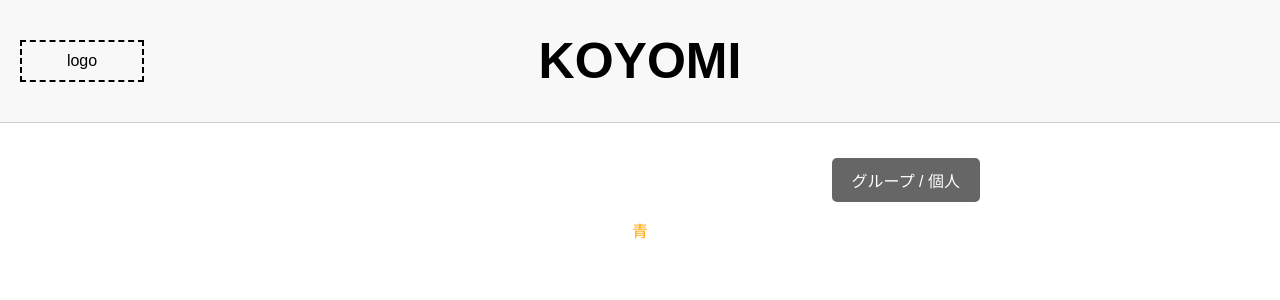
Repository: teramu0602/koyomi
Page: http://localhost/grouplist
The author's editor kept a copy of each file at every save. The page is drawn from the files as they stood at one save, then again after the next save.
The browser window is 1280 px wide. The pictures show the whole page.
Some web fonts or font styles are not loaded; a fallback is used. The page is served by the project's Laravel application, run on PHP 8.4 with Laravel 9. Other server files are loaded and not shown. Style sheets and scripts are compiled from the project's sources, by tool versions that may differ from the author's.

Above is the page before, as saved 2025-02-22 10:02:46.

### routes/web.php
<?php

use Illuminate\Support\Facades\Route;
use App\Http\Controllers\CalendarController;
use App\Http\Controllers\PostController;
use App\Http\Controllers\Auth\LoginController;



/*
|--------------------------------------------------------------------------
| Web Routes
|--------------------------------------------------------------------------
|
| Here is where you can register web routes for your application. These
| routes are loaded by the RouteServiceProvider within a group which
| contains the "web" middleware group. Now create something great!
|
*/

Route::get('/', function () {
    return view('welcome');
});

Route::get('/admin', function () {
    return view('layouts/admin');
});

Route::get('/admin/home', function () {
    return view('calender/home');
});

Route::get('/custom-login', [LoginController::class, 'showLoginForm'])->name('custom.login');
Route::post('/custom-login', [LoginController::class, 'login'])->name('custom.login.submit');
Route::get('/custom-login', function () {
    return view('admin/login');
});

Route::get('/signup', function () {
    return view('admin/signup');
});
Auth::routes();

Route::get('/home', [App\Http\Controllers\HomeController::class, 'index'])->name('home');



Route::get('/calendar', function () {
    return view('calender/calendar');
})->name('calendar');

Route::get('/calendar/{year}/{month}', [CalendarController::class, 'show'])->name('calendar.show');
Route::get('/admin/home/{year}/{month}', [CalendarController::class, 'showAdmin'])->name('calendar.admin.show');

Route::get('/admin/home', [CalendarController::class, 'index']);

Route::get('/grouplist', function () {
    return view('admin/group_list');
});

### resources/views/admin/group_list.blade.php
@extends('layouts.admin_calender')
<head>
<link href="{{ asset('css/common.admin.css') }}" rel="stylesheet">
</head>

@section('content')
<div class = "container">
<button class="switch_button" onclick="toggleMode()">グループ / 個人</button>
</div>
<p class = "purple">青</p>
@endsection

### resources/views/layouts/admin_calender.blade.php
<!DOCTYPE html>
<html lang="{{ app()->getLocale() }}">
    <head>
        <meta charset="utf-8">
        <meta http-equiv="X-UA-Compatible" content="IE=edge">
        <meta name="viewport" content="width=device-width, initial-scale=1">
        <meta name="csrf-token" content="{{ csrf_token() }}">

        <title>@yield('title')</title>

        <script src="{{ asset('js/app.js') }}" defer></script>

        <link rel="dns-prefetch" href="https://fonts.gstatic.com">
        <link href="https://fonts.googleapis.com/css?family=Raleway:300,400,600" rel="stylesheet" type="text/css">

        <link href="{{ asset('css/admin.css') }}" rel="stylesheet">


    </head>

   <header>
        <div class="logo">logo</div>
        <h1 class="service-name">KOYOMI</h1>
        @yield('drop_menu')
    </header>

    <main>
    @yield('content')
    </main>
    <body>
    </body>

</html>

### public/css/common.admin.css
html, body {
    width: 100%;
    margin: 0; /* 不要なマージンを削除 */
    padding: 0; /* 不要なパディングを削除 */
}

.container {
    width: 100%;
    display: flex !important;
    justify-content: flex-end !important;
}

button {

    border: none;
    border-radius: 5px;
    cursor: pointer;
    margin: 0!important;
    margin-top: 35px!important;
    margin-right: 300px!important;
    font-size: 16px;

    display: flex !important;
    justify-content: flex-end !important;
  }




.purple {
    color: orange;
}

.switch_button{
    display: flex ;
    justify-content: flex-end ;


}

### resources/sass/admin.scss
@charset "UTF-8";
body {
  font-family: Arial, sans-serif;
  text-align: center;
  margin: 0;
  padding: 0;
}

header {
  display: flex;
  justify-content: center;
  align-items: center;
  width: 100%;

  padding: 40px 0px 40px 0px;
  background-color: #f8f8f8;
  border-bottom: 1px solid #ccc;
}

.logo {
  border: 2px dashed black;
  padding: 10px;
  width: 100px;
  text-align: center;
  margin-right: auto;
  margin-left: 20px;
}

.service-name {
  font-size: 50px;
  position: absolute; /* ページ全体に対して中央配置 */
  left: 50%;
  transform: translateX(-50%); /* 画面の中央に配置 */
  text-align: center; /* 中央揃え */
}

main {
  margin-top: 0px;
  background: linear-gradient(to bottom, orange 0%, white 0%);
}

h2 {
  font-size: 22px;
  margin-bottom: 50px;
}

form {
  display: flex;
  flex-direction: column;
  align-items: center;
  gap: 10px;
}

label {
  font-weight: bold;
}

input {
  width: 300px;
  padding: 8px;
  border: 1px solid #ccc;
  border-radius: 4px;
}

button {
  background-color: #666;
  color: white;
  padding: 10px 20px;
  border: none;
  border-radius: 5px;
  cursor: pointer;
  margin-top: 35px;
  font-size: 16px;
}

button:hover {
  background-color: #444;
}

.login-link {
  margin-top: 40px;
  font-size: 14px;
  color: #555;
}

.checkbox {
  margin: 30px;
  display: flex; /* 横並びにする */
  align-items: center;
  margin-right: 170px;
}

.checkbox input[type=checkbox] {
  margin-right: 10px; /* チェックボックスとテキストの間隔 */
}

.remember {
  font-size: 14px;
}

input#remember {
  width: 10px; /* 幅を300pxに設定 */
  height: 20px; /* 高さを13pxに設定 */
}

.checkbox label {
  font-weight: normal;
}

table {
  width: 100%;
  border-collapse: collapse;
}

td {
  border: 1px solid grey;
  text-align: left; /* 左揃え */
  vertical-align: top; /* 上揃え */

  padding: 0px 0px 150px 0px;

}

th {
  background: white;
  text-align: center;
  padding: 10px;
}

.sunday {
  background: pink;
  color: red;
}

.red {
  color: red;
}

.saturday {
  background: pink;
  color: blue;
}

.blue{
  color: blue;
}

.next-month {
  background: #ccc;
  color: #666;
}

.month_toggle {
  text-decoration: none;
  color: black;
}

.nav-item {
  list-style: none;
  margin-right: 20px;
}

.pink {
  color: pink;
  background-color: purple;
}
.prev-month, .next-month {
  background: #ccc;
  color: #666;
}

.switch {
  background-color: orange;
  padding: 0px 0px 35px 0px;
  font-size: 20px;
}

.who {
  background-color: palegoldenrod;
  font-size: 20px;
  margin-right: 400px;
}

.switch_button{
  margin-left: 400px;
}

table {
  width: 80%; /* テーブルの幅を90%に設定 */
  margin-left: auto; /* 左側の空白 */
  margin-right: auto; /* 右側の空白 */
  margin-bottom: 50px;
}

Loaded but not shown: app/Http/Controllers/Auth/ConfirmPasswordController.php (common file); app/Http/Controllers/Controller.php (common file)

After the next save:
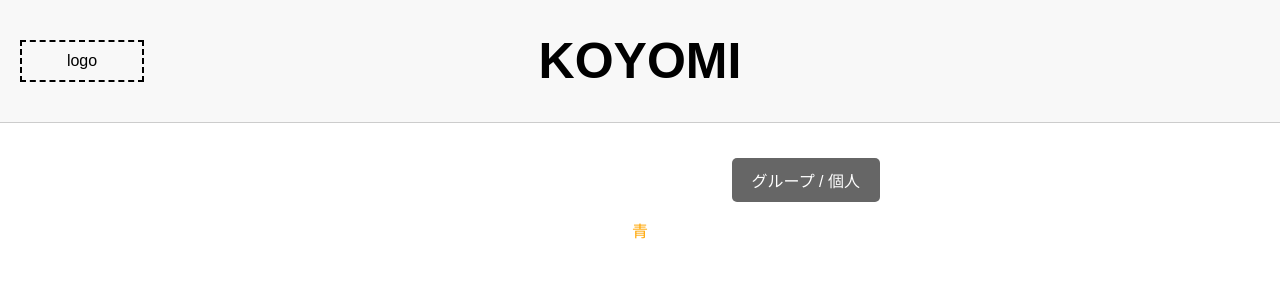
Saved 16 s later.
--- a/public/css/common.admin.css
+++ b/public/css/common.admin.css
@@ -17,7 +17,7 @@ button {
     cursor: pointer;
     margin: 0!important;
     margin-top: 35px!important;
-    margin-right: 300px!important;
+    margin-right: 400px!important;
     font-size: 16px;
 
     display: flex !important;
